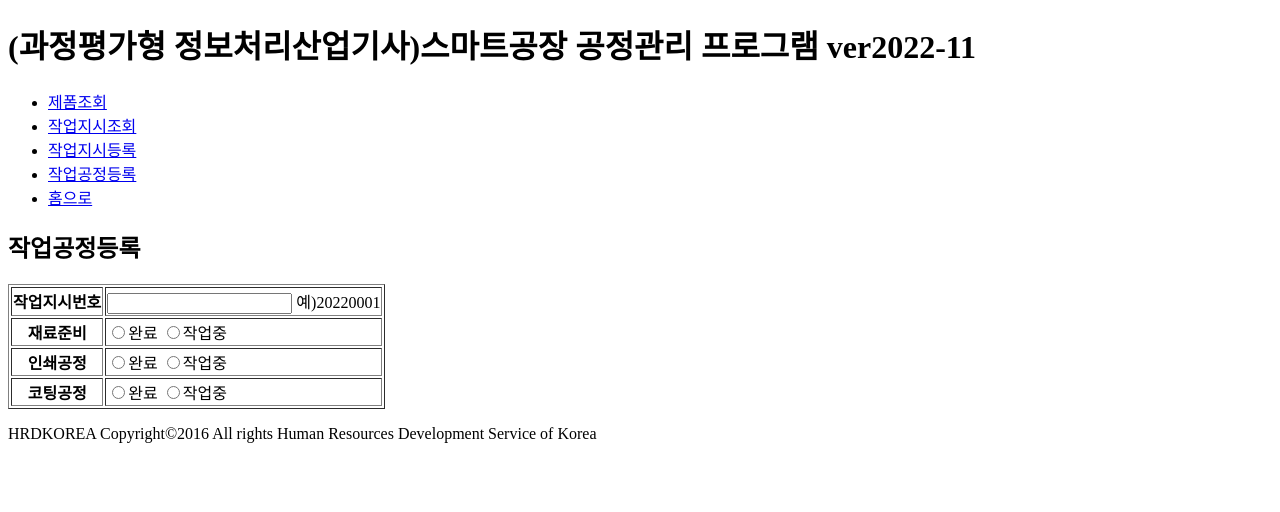
Repository: anakyn01/exam
Page: http://localhost/smart_5/sub3.jsp
These files come from the project's save history. The page is drawn as it stood at one moment and after the next save; the edit follows.
The browser window is 1280 px wide. The pictures show the whole page.
The page is served by Tomcat 9.

Above is the page before, as saved 2025-01-06 07:11:08.

After the next save:
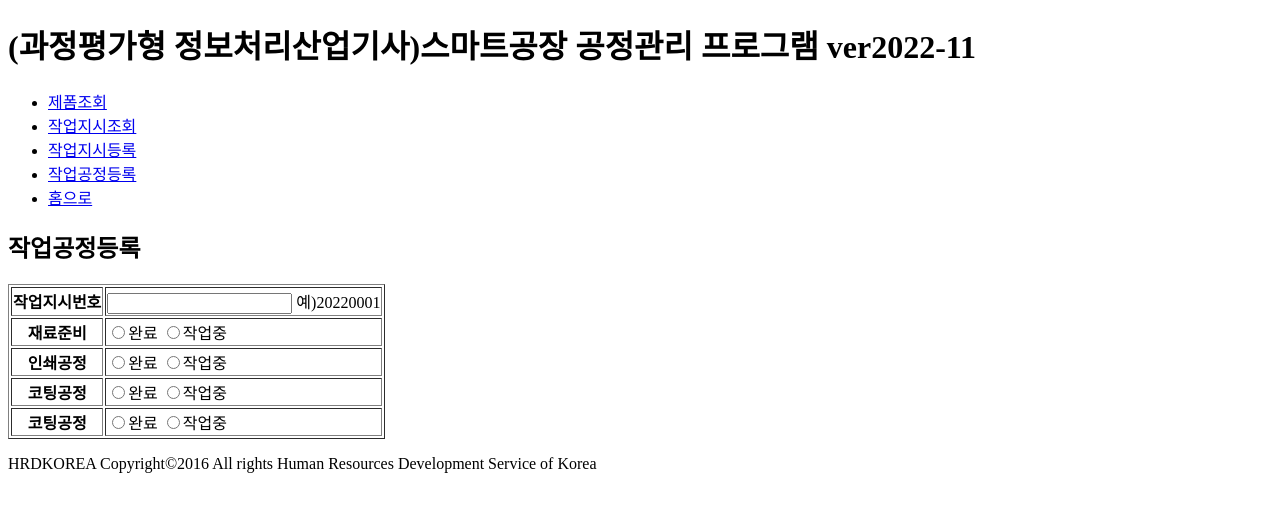
Saved 17 s later.
--- a/smart_5/src/main/webapp/sub3.jsp
+++ b/smart_5/src/main/webapp/sub3.jsp
@@ -33,6 +33,13 @@
 		<input type="radio" name="p_p3" value="N">작업중
 		</td>
 	</tr>
+	<tr>
+		<th>코팅공정</th>
+		<td>
+		<input type="radio" name="p_p3" value="Y">완료
+		<input type="radio" name="p_p3" value="N">작업중
+		</td>
+	</tr>
 </table>
 </section>
 
